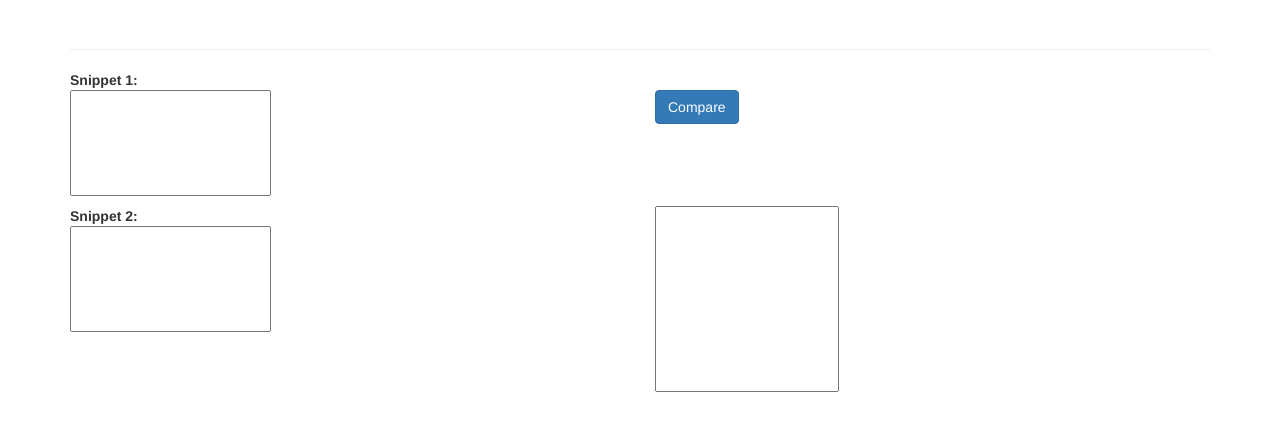
Repository: d4rkm3z/JSPerfomance
Page: index.html
These files come from the project's save history. The page is drawn as it stood at one moment and after a run of saves; the edit follows.
The browser window is 1280 px wide. The pictures show the whole page.

Above is the page before, as saved 2016-10-25 18:04:45.

After the next 3 saves:
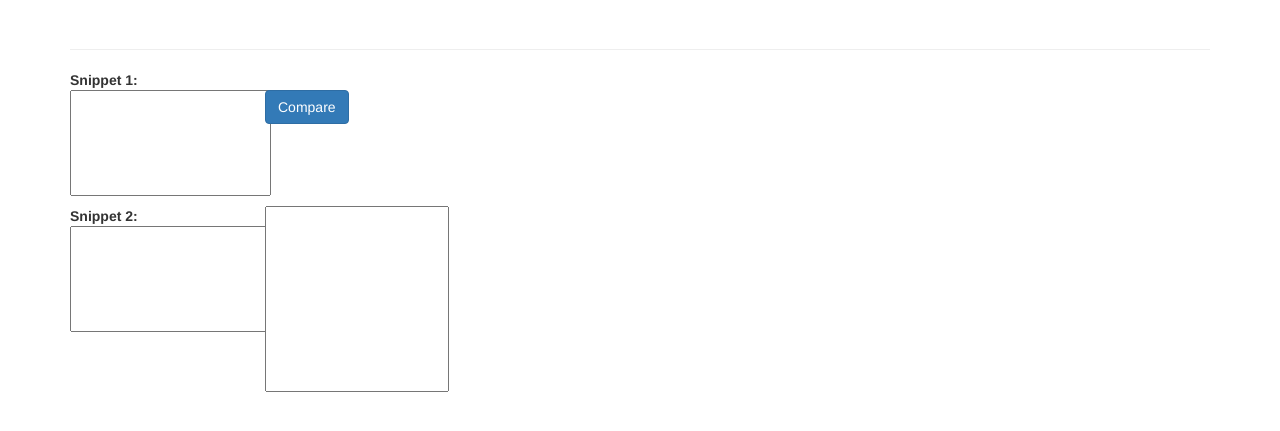
The 3 saves are shown as one change because they came seconds apart.
The last was saved 20 s later.
--- a/index.html
+++ b/index.html
@@ -13,7 +13,7 @@
   <div class="container">
     <div class="page-header"></div>
     <div class="row">
-      <div class="col-md-6">
+      <div class="col-md-2">
         <label>
           Snippet 1:<br>
           <span class="snippets-group span-snippets">
@@ -21,12 +21,12 @@
           </span>
         </label>
       </div>
-      <div class="col-md-6">
+      <div class="col-md-2">
         <button type="button" id="calculate" class="btn btn-primary btn-default btn-compare">Compare</button>
       </div>
     </div>
     <div class="row">
-      <div class="col-md-6">
+      <div class="col-md-2">
         <label>
           Snippet 2:<br>
           <span class="snippets-group span-snippets">
@@ -34,7 +34,7 @@
           </span>
         </label>
       </div>
-      <div class="col-md-6">
+      <div class="col-md-2">
         <span class="snippets-group snippet-result">
           <textarea id="result" rows="9" cols="20" style="resize:none"></textarea>
         </span>
